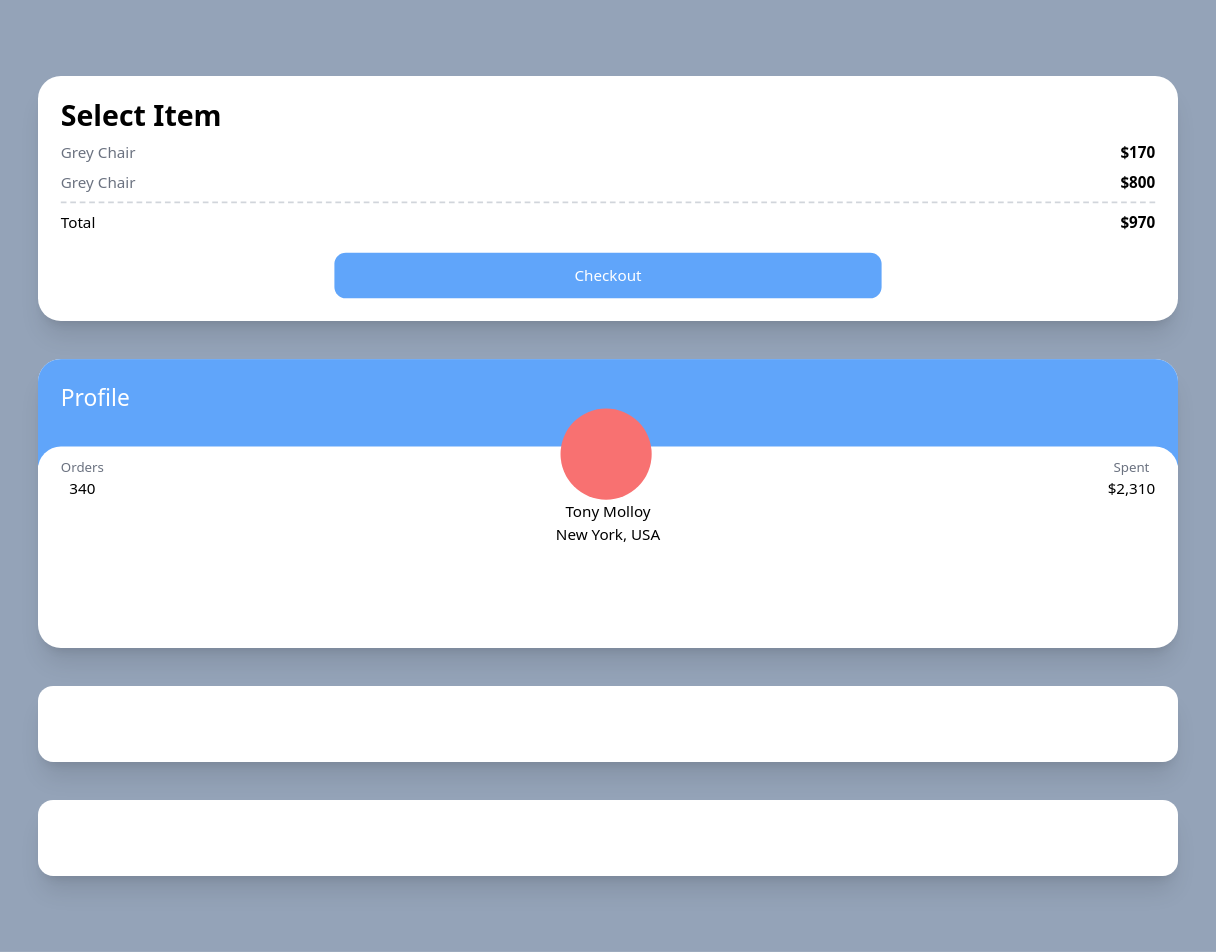
Repository: pjk0007/nextjs-carrot-marcket
Page: /
These files come from the project's save history. The page is drawn as it stood at one moment and after the next save; the edit follows.
The browser window is 1280 px wide. The pictures show the whole page, at 95% of full size.
The project was rebuilt for these pictures with package versions that can differ from the ones it lists, and the page was loaded fresh each time. The framework's server and built-in components were replaced by stand-ins that run in the browser. Also part of the build but not shown: next.config.js.

Above is the page before, as saved 2022-04-30 13:15:28.

After the next save:
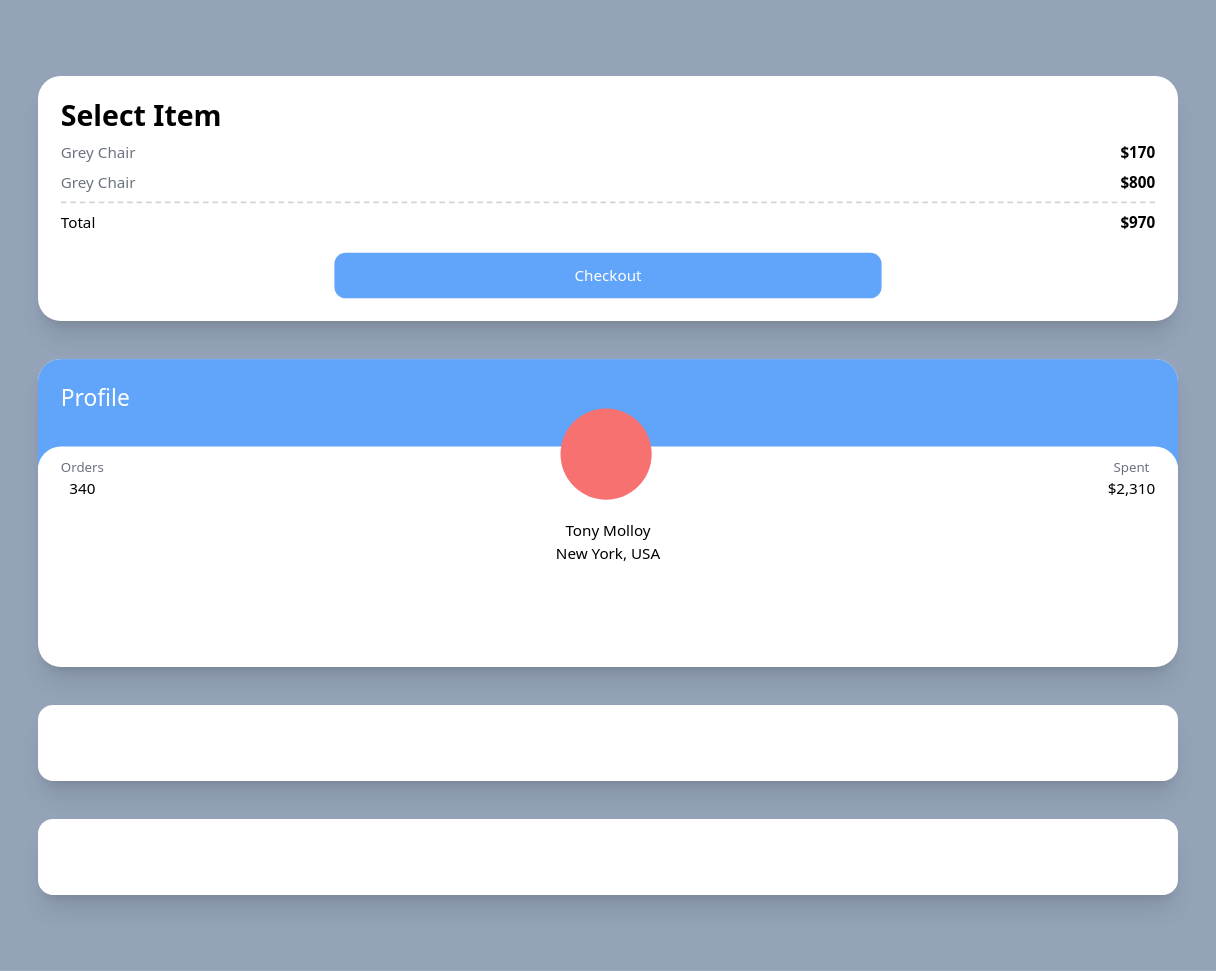
Saved 5 s later.
--- a/pages/index.tsx
+++ b/pages/index.tsx
@@ -35,7 +35,7 @@ const Home: NextPage = () => {
               <span className='font-medium'>$2,310</span>
             </div>
           </div>
-          <div className='relative flex flex-col items-center -top-16'>
+          <div className='relative flex flex-col items-center -top-16 mt-5'>
             <span>Tony Molloy</span>
             <span>New York, USA</span>
           </div>
